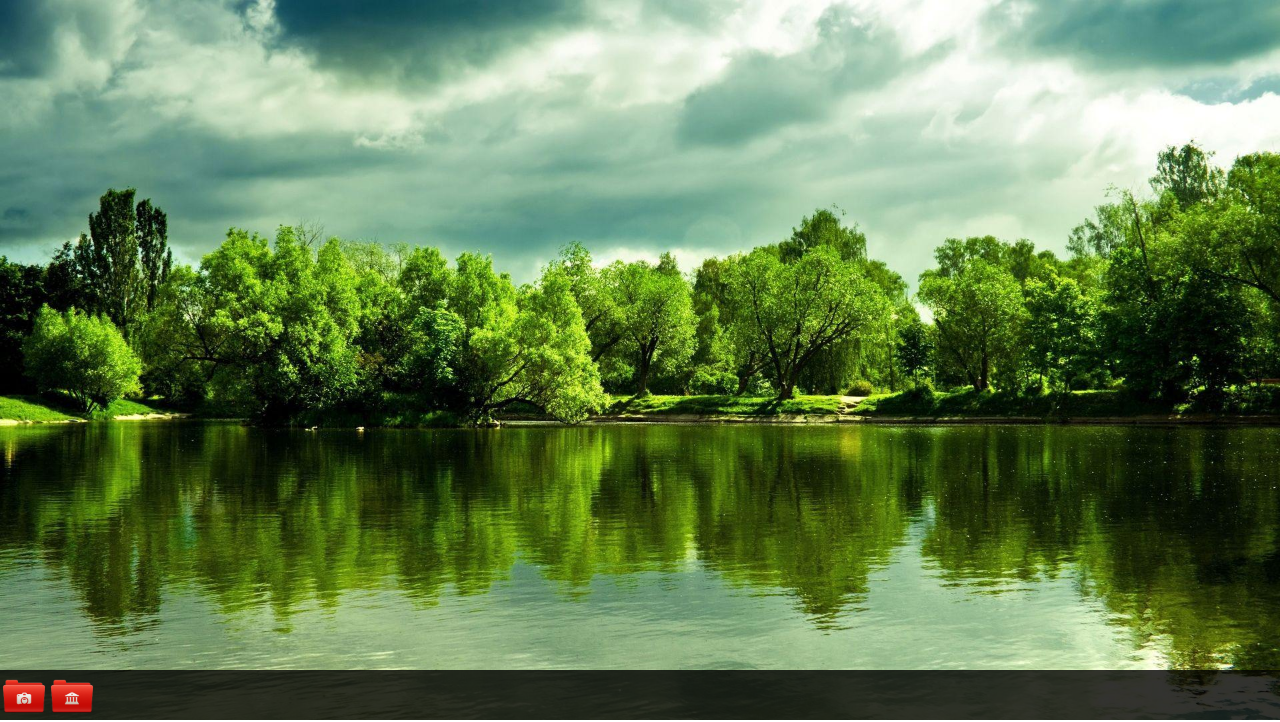
Repository: KevinUd2014/Kn222gn-laborations-Repo-1dv403
Page: 5-PWD-Projektet/Index.html
The author's editor kept a record of every edit. The page is drawn from the files as they stood at one moment, then again after the next edit.
The browser window is 1280 px wide. The pictures show the whole page.

Above is the page before.

### 5-PWD-Projektet/Index.html
<!DOCTYPE html>
<html>
    <head>
        <meta charset="UTF-8" />
        <title>PWD Projektet</title>
        <link rel="stylesheet" type="text/css" href="Css.css" />
    </head>
    <body>

        <div class="Desktop">

            <template id="Template">

                <div class="Window">

                    <div class="Topbar">

                        <div class="Title">
                            You are here rigth now

                        </div class="WindowClose">

                        <img src="Pics/X.png"  alt="Close" class="closeIcon"/>

                    </div>

                    <div class="Inside">

                    </div>

                    <div class="BottomFrame">
                        Loading...
                    </div>

                </div>


            </template>

            </div>

            <div class="Appbar"></div>


            <script type="text/javascript" src="Script.js"></script>

        </body>

</html>

### 5-PWD-Projektet/Css.css
body, html
{
    padding:0;
    margin:0;
    width:100%;
    height:100%;

}
.Desktop
{
    width:100%;
    height:100%;
    background-image:URL(Pics/Background.jpg);
    background-size:cover;
    background-repeat:no-repeat;
}
.Appbar
{
    width:100%;
    Height:50px;
    background: rgb(0, 0, 0);
    background: rgba(0, 0, 0, 0.8);
    position:absolute;
    bottom:0px;
}
.Appbar img
{
    width:48px;
    height:48px;
}
.Appbar img:hover
{

}
.Window
{
    position:absolute;
    width:300px;
    height:400px;
    color:white;
    background: rgb(0, 0, 0); /* The Fallback - faller in om nu en webbläsare inte kan läsa transparnet och rgba format!*/  /*hittade på - http://css-tricks.com/rgba-browser-support/*/
    background: rgba(0, 0, 0, 0.6); /*anger färgen för rutan!*/
}
.Topbar
{
    height:35px;
    background: rgb(0, 0, 0);
    background: rgba(0, 0, 0, 0.8);
}
.Title
{
    float:left;
    /*margin-left:4%;*%
    /*text-align:center;*/
    color:white;
}
.WindowClose
{
    float:right;
}
.Inside
{
    height:330px;
    color:white;
    background: rgb(0, 0, 0);
    background: rgba(0, 0, 0, 0.4);
}
.BottomFrame
{
    height:35px;
    color:white;
    background: rgb(0, 0, 0);
    background: rgba(0, 0, 0, 0.8);
}

  ::selection {
  color:#F7F7F7;
  background: #D0458E; /* Denna gör det kompatibelt med WebKit/Blink webläsare så som safari och google! */
  }
  ::-moz-selection {
  color:#F7F7F7;
  background: #D0458E; /* Denna gör koden kompatibell med Gecko webläsare alltså mozilla! */
  }

### 5-PWD-Projektet/Script.js
"use strict";


window.onload = function()
{
    var desk = new Desktop();
    var startDiffrent = new Start(desk);

    startDiffrent.addApp("Gallery", "Pics/File1.png");
    startDiffrent.addApp("Memory", "Pics/File2.png");

};

/*Klass, Definition*/
function Desktop()
{
    this.element = document.querySelector(".Desktop");
}

/*Klass, Definition*/
function Window(desk, name)
{
    var template = document.querySelector("#Template");
    var windowTemplate = template.content.querySelector(".Window");
    var windowClone = windowTemplate.cloneNode(true);
    //desk.Desktop.appendChild(windowClone);
    var windowTitle = windowClone.querySelector(".Title");
    var closeButton = windowClone.querySelector(".closeIcon");
    var self = this;

    this.desk = desk;
    this.windowClone = windowClone;
    windowTitle.innerHTML = name;
    desk.element.appendChild(windowClone);

    closeButton.addEventListener("click", function ()
    {
        self.close();
    });
}

Window.prototype.close = function()
{
    this.desk.element.removeChild(this.windowClone);
};

Window.prototype.setPosition = function(x,y)  //gör om Css från javan och sätter så att x och y ändras i px
{
    this.windowClone.style.left = x + "px";
    this.windowClone.style.top = y + "px";
};

/*Klass, Definition*/
function Start(desk) //läger till iconerna i appbaren!
{
    this.element = document.querySelector(".Appbar");
    this.desk = desk;
    this.start = {x:0,y:0};
}
Start.prototype.addApp = function(name, url)  //fönstren ska flyttas 10 px varje gång dom upprepat öppnas!
{
    var image = document.createElement("img");
    image.src = url;
    var self = this;
    this.element.appendChild(image);

    image.addEventListener("click", function()
    {
        var windows = new Window(self.desk, name);
        self.start.x += 10;  //10px både på x och y axeln
        self.start.y += 10;
        windows.setPosition(self.start.x, self.start.y);
    });
},

/*Klass, Definition*/
function Icon()
{

};

After the next edit:
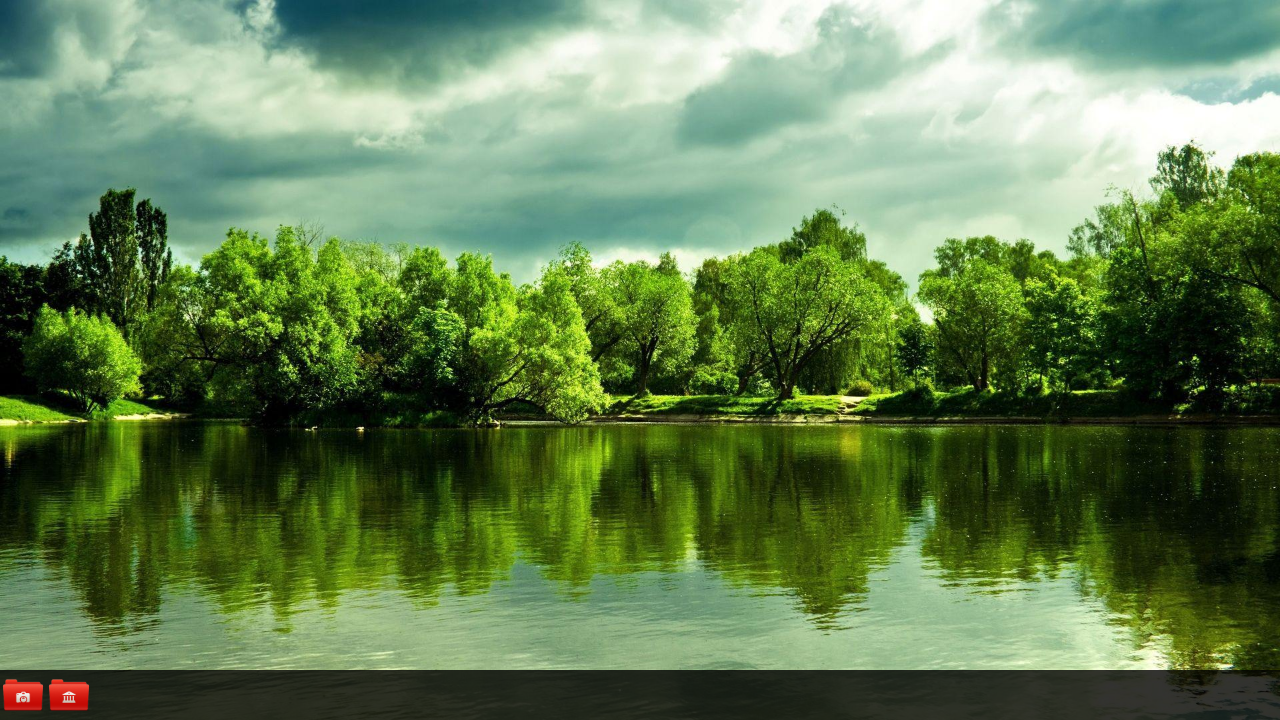
The edit:
--- a/5-PWD-Projektet/Css.css
+++ b/5-PWD-Projektet/Css.css
@@ -25,8 +25,8 @@
 }
 .Appbar img
 {
-    width:48px;
-    height:48px;
+        width:46px;
+    height:46px;
 }
 .Appbar img:hover
 {
